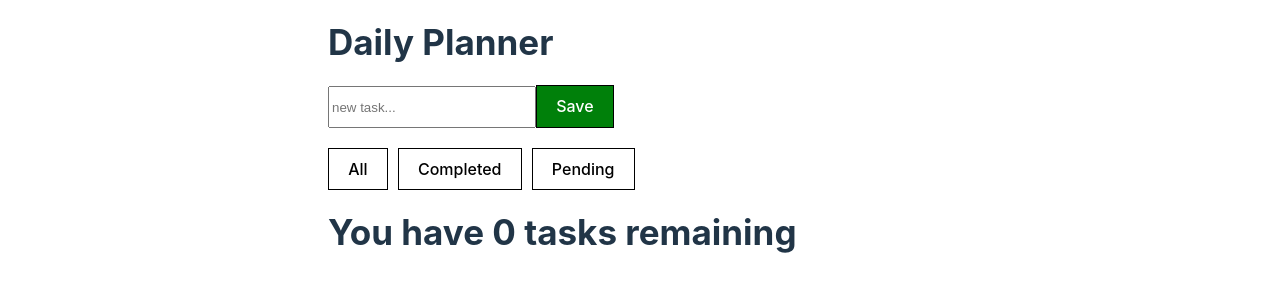
Repository: leslie179/lab4
Page: / (app in lab4/)
The author's editor kept a copy of each file at every save. The page is drawn from the files as they stood at one save, then again after a run of saves.
The browser window is 1280 px wide. The pictures show the whole page.
The project was rebuilt for these pictures with package versions that can differ from the ones it lists, and the page was loaded fresh each time. Also part of the build but not shown: lab4/vite.config.js, lab4/src/components/Task.jsx.

Above is the page before, as saved 2024-10-27 18:39:50.

After the next 2 saves:
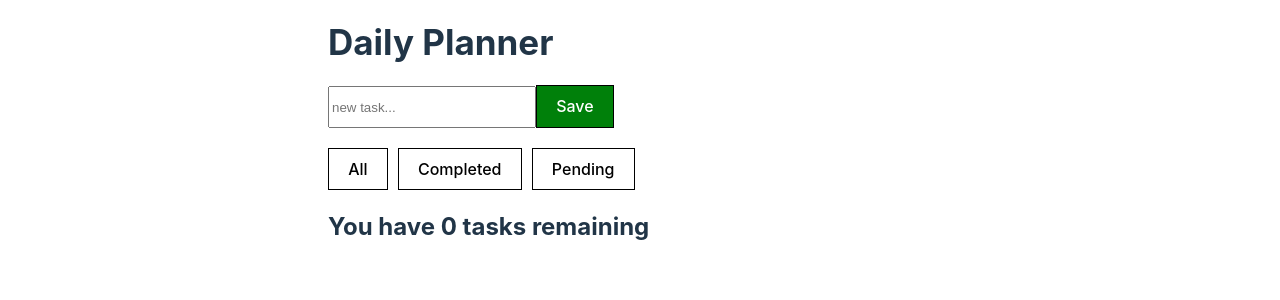
The 2 saves are shown as one change because they came seconds apart.
The last was saved 29 s later.
--- a/lab4/src/App.jsx
+++ b/lab4/src/App.jsx
@@ -19,7 +19,7 @@ function App() {
       <button className="filter-button" onClick={() => setFilter("Completed")}>Completed</button>
       <button className="filter-button" onClick={() => setFilter("Pending")}>Pending</button>
 
-      <h1>You have {remainingTasks} task{remainingTasks !== 1 ? 's' : ''} remaining</h1>
+      <h2>You have {remainingTasks} task{remainingTasks !== 1 ? 's' : ''} remaining</h2>
 
       <ul>
         {tasks && tasks.filter((task) => {
